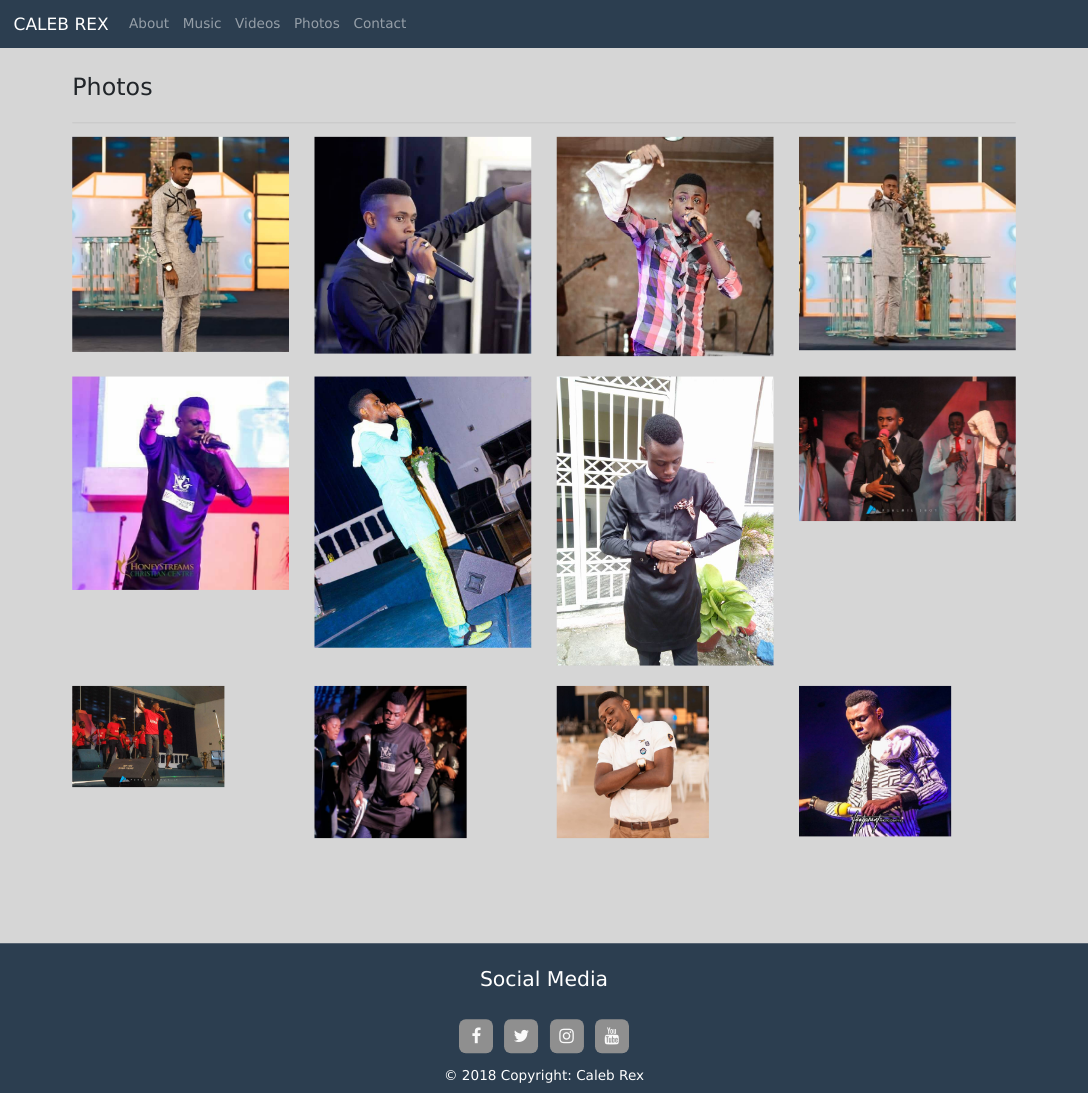
Repository: IchaTreasure/caleb-rex
Page: photos.html
The author's editor kept a record of every edit. The page is drawn from the files as they stood at one moment, then again after the next edit.
The browser window is 1280 px wide. The pictures show the whole page, at 85% of full size.
Some web libraries are served in a nearby version.

Above is the page before.

After the next edit:
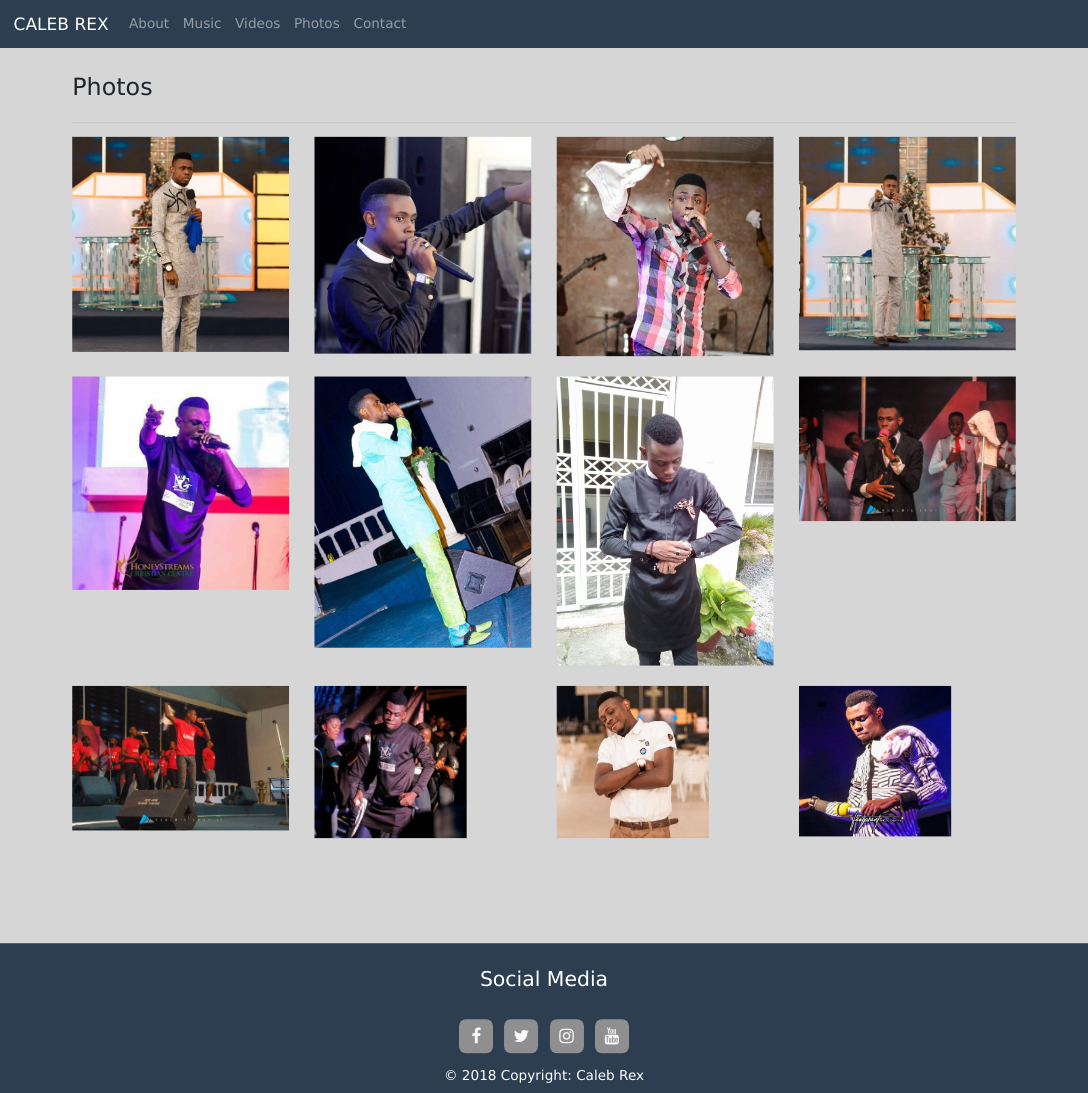
The edit:
--- a/photos.html
+++ b/photos.html
@@ -179,7 +179,7 @@
                 <!-- Modal: Image 9 -->
                 <div class="col-sm-3">
                     <a class="d-block mb-4 h-100">
-            <img class="img-fluid img-hover" src="images/Caleb9.jpg" data-toggle="modal" data-target="#Image9" alt="Caleb 9" style="width: 70%">
+            <img class="img-fluid img-hover" src="images/Caleb9.jpg" data-toggle="modal" data-target="#Image9" alt="Caleb 9" style="width: 100%">
           </a>
                     <!-- Modal Content -->
                     <div class="modal fade" id="Image9" tabindex="-1" role="dialog" aria-hidden="true">
